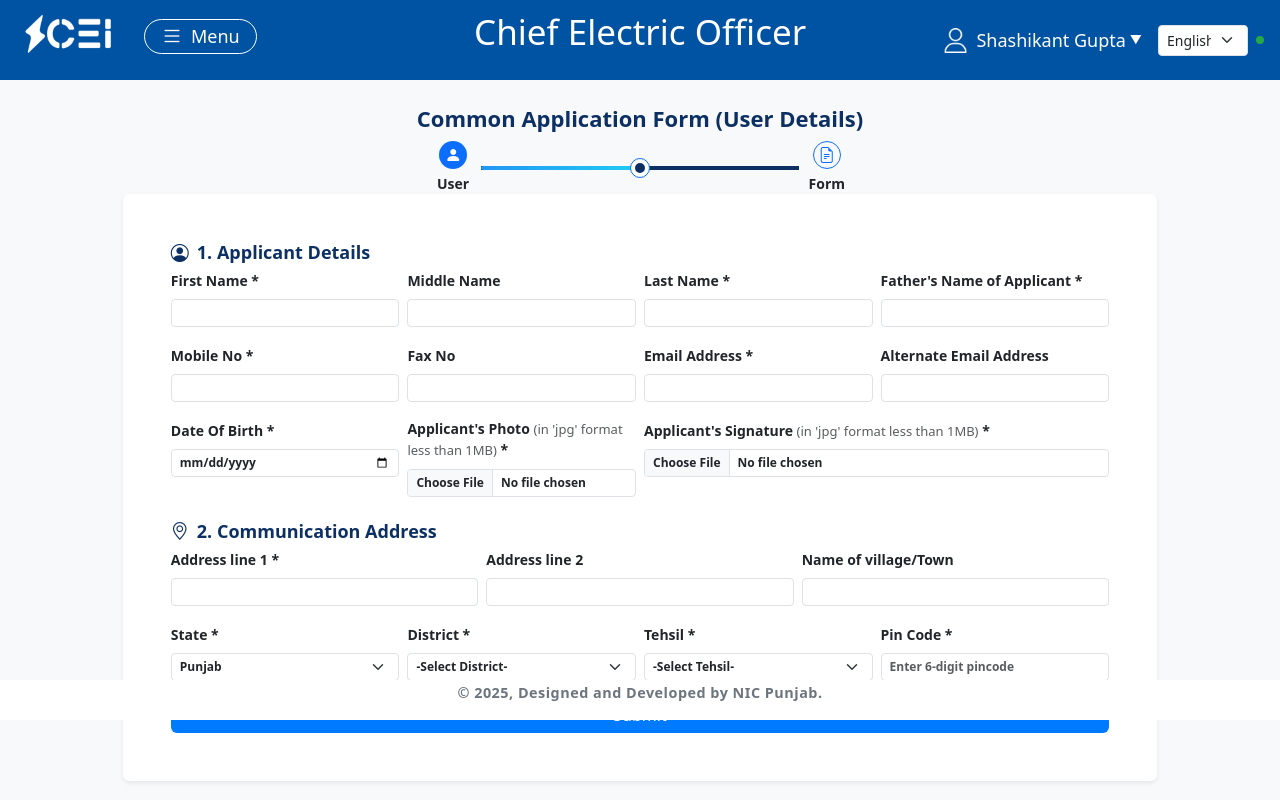
Repository: shashikantdev93-gif/CEI-sept
Page: /RegisterationForm
An editor plug-in stored every save of this project. The page is shown before and after the next save, followed by the edit.
The browser window is 1280 px wide. The pictures show the whole page.
The page's requests for data from a server got no answer. The project was rebuilt for these pictures with package versions that can differ from the ones it lists, and the page was loaded fresh each time. No one was signed in, and anything a server would have sent is missing. Also part of the build but not shown: vite.config.ts, src/styles/sidebar-zoom.css, src/components/PageComponent/Sidebar.tsx, src/components/PageComponent/Header2.tsx, src/components/PageComponent/PageHeader.tsx, src/components/Illustration/Illustration.tsx, src/components/CardContainer/CardContainer.tsx, src/hooks/useFormValidation.ts and 8 more. Imported but missing from the stored project, and not drawn on this page: src/components/ui.

Above is the page before, as saved 2025-07-28 08:54:23.

### src/index.css
:root {
  font-family: Inter, -apple-system, BlinkMacSystemFont, "Segoe UI", Roboto, "Helvetica Neue", Arial, sans-serif, "Apple Color Emoji", "Segoe UI Emoji", "Segoe UI Symbol";
  line-height: 1.5;
  font-weight: 400;

  color-scheme: light dark;
  color: rgba(255, 255, 255, 0.87);
  background-color: #242424;

  font-synthesis: none;
  text-rendering: optimizeLegibility;
  -webkit-font-smoothing: antialiased;
  -moz-osx-font-smoothing: grayscale;
}

a {
  font-weight: 500;
  color: #646cff;
  text-decoration: inherit;
}
a:hover {
  color: #535bf2;
}

/* Global Reset */
*, *::before, *::after {
  margin: 0;
  padding: 0;
  box-sizing: border-box;
}

html, body {
  margin: 0;
  padding: 0;
  width: 100%;
  height: 100%;
}

body {
  margin: 0;
  padding: 0;
}

h1 {
  font-size: 3.2em;
  line-height: 1.1;
}

button {
  border-radius: 8px;
  border: 1px solid transparent;
  padding: 0.6em 1.2em;
  font-size: 1em;
  font-weight: 500;
  font-family: inherit;
  background-color: #1a1a1a;
  cursor: pointer;
  transition: border-color 0.25s;
}
button:hover {
  border-color: #646cff;
}
button:focus,
button:focus-visible {
  outline: 4px auto -webkit-focus-ring-color;
}

@media (prefers-color-scheme: light) {
  :root {
    color: #213547;
    background-color: #ffffff;
  }
  a:hover {
    color: #747bff;
  }
  button {
    background-color: #f9f9f9;
  }
}

### src/App.tsx
import Router from "./router/router";
import './App.css'
import './styles/main.css'
import "bootstrap-icons/font/bootstrap-icons.css";

function App() {

  return <Router />;

}

export default App

### src/router/router.tsx

import { BrowserRouter as Router, Routes, Route } from "react-router-dom";
import BaseLayout from "../layouts/BaseLayout";
import Login from "../pages/login/login";
import Signup from "../pages/signup/signup";
import Register from "../pages/register/register";


const RouterPage = () => (
  <Router>
    <Routes>
      <Route path="/" element={<Login />} />
      <Route path="/login" element={<Login />} />
      <Route path="/signup" element={<Signup />} />
      <Route
        path="/RegisterationForm"
        element={
          <BaseLayout headerType="Header1">
            <Register />
          </BaseLayout>
        }
      />
    </Routes>
  </Router>
);

export default RouterPage;

### src/App.css
#root {
  margin: 0;
  padding: 0;
  width: 100%;
  height: 100%;
}

.logo {
  height: 6em;
  padding: 1.5em;
  will-change: filter;
  transition: filter 300ms;
}
.logo:hover {
  filter: drop-shadow(0 0 2em #646cffaa);
}
.logo.react:hover {
  filter: drop-shadow(0 0 2em #61dafbaa);
}

@keyframes logo-spin {
  from {
    transform: rotate(0deg);
  }
  to {
    transform: rotate(360deg);
  }
}

@media (prefers-reduced-motion: no-preference) {
  a:nth-of-type(2) .logo {
    animation: logo-spin infinite 20s linear;
  }
}

.card {
  padding: 2em;
}

.read-the-docs {
  color: #888;
}

### src/styles/main.css

/***************************/
  /***** Login Page *****/
/**************************/
.login-bg {
  background: linear-gradient(135deg, #f5f7fa 0%, #c3cfe2 100%);
  font-family: Inter, -apple-system, BlinkMacSystemFont, "Segoe UI", Roboto, "Helvetica Neue", Arial, sans-serif;
  width: 100vw;
  height: 100vh;
  margin: 0;
  padding: 2px;
}

.login-left {
  padding-left: 1.5rem !important;
  padding-right: 1.5rem !important;
  padding-top: .1rem !important;
  padding-bottom: .1rem !important;
}

.login-logo-box {
  height: 50px;
  margin-bottom: 30px;
  width: 110px;
  background-color: #0c3064;
  border-radius: 8px;
  display: flex;
  align-items: center;
}

.login-signup-link {
  text-decoration: none;
  font-size: 14px;
}

.login-divider {
  width: 1px;
  background: #e0e0e0;
  min-height: 5%;
  margin: 0 0px;
}

.login-right {
  background-color: #f8f9fa;
}


/******************************************/
/* Signup page logo box - desktop styles */
/*****************************************/

.signup-logo-box {
  height: 50px;
  margin-bottom: 30px;
  width: 75px;
  background-color: #0c3064;
  border-radius: 8px;
  display: flex;
  align-items: center;
}


.card-container {
  max-width: 1000px;
  min-width: 700px;
}

/*********************/
/* Registeration Page */
/*********************/
.registeration-bg {
  --bs-font-size-sm: 16px;
}

.registeration-bg .fw-semibold {
  font-weight: 700 !important;
}

.registeration-bg .small {
  font-size: 14px !important;
}

.registeration-bg .form-control,
.registeration-bg .form-select {
  font-size: 12px !important;
  font-weight: 700 !important;
}

.registeration-bg .text-muted {
  font-size: 13px !important;
  font-weight: 400 !important;
}

.registeration-bg h6 {
  font-size: 18px !important;
  font-weight: 700 !important;
}

.registeration-bg h4 {
  font-size: 22px !important;
  font-weight: 700 !important;
}

.registeration-logo-box {
  border-radius: 8px;
  display: flex;
  align-items: center;
  background-color: #0c3064;
  width:80px
}

@media (max-width: 575.98px) {

  .card-container {
    max-width: 100% !important;
    min-width: 100% !important;
    padding: 0.5rem !important;
  }


  .login-bg {
    padding: 8px !important;
  }


  .container .row .login-left,
  .container .row .col-md-7.login-left,
  div.row div.col-md-7 {
    padding: 0rem !important;
    max-width: 100% !important;
    flex: 0 0 100% !important;
    width: 100% !important;
    margin-left: 0 !important;
    margin-right: 0 !important;
    gap:15px;
  }


  .login-divider {
    display: none !important;
  }

  .container .row .login-right,
  .container .row .col-md-4.login-right,
  div.row div.col-md-4,
  .col-md-4.login-right {
    display: none !important;
    visibility: hidden !important;
    width: 0 !important;
    flex: 0 0 0% !important;
    max-width: 0 !important;
    overflow: hidden !important;
  }


  .login-logo-box {
    width: 100% !important;
    height: auto !important;
    margin-bottom: 20px !important;
    flex-direction: column !important;
    padding: 10px !important;
  }


  .login-logo-box .mb-4 {
    margin-bottom: 0 !important;
    flex-direction: column !important;
    align-items: center !important;
    text-align: center !important;
    gap: 20px !important;
  }


  .login-logo-box img {
    margin: 0 !important;
    margin-bottom: 8px !important;
  }


  .login-logo-box span {
    margin: 0 !important;
    text-align: center !important;
    font-size: 18px !important;
  }


  .login-logo-box div {
    flex-direction: column !important;
    align-items: center !important;
    text-align: center !important;
  }

  .login-logo-box div img {
    margin: 0 0 8px 0 !important;
  }

  .login-logo-box div span {
    margin: 0 !important;
    font-size: 20px !important;
    line-height: 1.2 !important;
    text-align: center !important;
    color: white !important;
  }


  .login-signup-link {
    font-size: 12px !important;
  }


  .card,
  .row {
    width: 100% !important;
    max-width: 100% !important;
  }

  [class*="col-md-4"] {
    display: none !important;
  }

  [class*="col-md-7"] {
    flex: 0 0 100% !important;
    max-width: 100% !important;
    width: 100% !important;
  }

  .signup-logo-box {
    width: 100% !important;
    height: 100px !important;
    margin-bottom: 20px !important;
    flex-direction: column !important;
    padding: 10px !important;
    margin-top: 10px;
  }

  .signup-logo-box .mb-4 {
    margin-bottom: 0 !important;
    flex-direction: column !important;
    align-items: center !important;
    text-align: center !important;
    gap: 20px !important;
  }

  .signup-logo-box img {
    margin: 0 !important;
    margin-bottom: 8px !important;
  }

  .signup-logo-box span {
    margin: 0 !important;
    text-align: center !important;
    font-size: 18px !important;
  }

  .signup-logo-box div {
    flex-direction: column !important;
    align-items: center !important;
    text-align: center !important;
  }

  .signup-logo-box div img {
    margin: 0 0 8px 0 !important;
  }

  .signup-logo-box div span {
    margin: 0 !important;
    font-size: 20px !important;
    line-height: 1.2 !important;
    text-align: center !important;
    color: white !important;
  }
}

@media (min-width: 576px) and (max-width: 768px) {
  .card-container {
    max-width: 90% !important;
    min-width: 600px;
  }

  .login-bg {
    padding: 4px;
  }

  .login-left {
    padding: 1.25rem !important;
    max-width: 65% !important;
    flex: 0 0 65% !important;
  }

  .login-logo-box {
    width: 70px;
    height: 45px;
    margin-bottom: 25px;
  }

  .login-right {
    max-width: 35% !important;
    flex: 0 0 35% !important;
  }
}

html, body {
  margin: 0;
  padding: 0;
  box-sizing: border-box;
}

*, *::before, *::after {
  box-sizing: border-box;
}

### src/layouts/BaseLayout.tsx
import React from 'react';
import Header1 from '../components/PageComponent/Header1';
import Header2 from '../components/PageComponent/Header2';

type HeaderType = 'Header1' | 'Header2' | 'none';

interface BaseLayoutProps {
  headerType?: HeaderType;
  children: React.ReactNode;
}

const BaseLayout: React.FC<BaseLayoutProps> = ({ headerType = 'Header1', children }) => {
  const headers: Record<Exclude<HeaderType, 'none'>, React.ReactElement> = {
    Header1: <Header1 />,
    Header2: <Header2 />,
  };

  return (
    <>
      {headerType !== 'none' && headers[headerType]}
      <main>{children}</main>
    </>
  );
};

export default BaseLayout;

### src/components/Logo/Logo.tsx
import React from "react";

interface LogoProps {
  title?: string;
  subtitle?: string;
  titleColor?: string;
}

const Logo: React.FC<LogoProps & { subtitleColor?: string }> = ({
  title = "Chief Electric ",
  subtitle = "Inspector",
  titleColor = "#0c3064",
  subtitleColor = "#0c3064",
}) => {
  return (
    <div className="mb-4 d-flex align-items-center">
      <img
        src="/assets/images/cei_logo.jpg"
        alt="Logo"
        style={{ height: "40px", width: "90px", marginTop: "20px", marginLeft: "8px" }}
      />
      <span className="fw-bold" style={{ fontSize: "27px", height: "30px", marginTop: "10px", marginLeft: "25px", color: titleColor, whiteSpace: "nowrap" }}>
        {title} <span style={{ color: subtitleColor }}>{subtitle}</span>
      </span>
    </div>
  );
};

export default Logo;

### src/components/Footer/Footer.tsx
import React from "react";

interface FooterProps {
  text?: string;
}

const Footer: React.FC<FooterProps> = ({
  text = "© 2025, Designed and Developed by NIC Punjab."
}) => {
  return (
    <div className="position-fixed bottom-0 w-100 text-center pb-3 bg-white" style={{ left: 0 }}>
      <span style={{ fontSize: '.9em', fontWeight: 800, color: '#6c757d', letterSpacing: '0.5px' }}>
        {text}
      </span>
    </div>
  );
};

export default Footer;

### src/utils/index.ts
export { default as authService } from './authService';
export * from './validators';
export * from './navigation';

### src/lib/index.ts
export { default as encryptionService } from './encryptionService';
export { default as API_CONFIG } from './config';

### src/utils/validators.ts

export interface ValidationResult {
  isValid: boolean;
  error?: string;
}

export class FormValidators {

  static required(value: string): ValidationResult {
    if (!value || value.trim().length === 0) {
      return {
        isValid: false,
        error: 'This field is required',
      };
    }
    return { isValid: true };
  }

static minLength(value: string, min: number): ValidationResult {
    if (value.length < min) {
      return {
        isValid: false,
        error: `Minimum length is ${min} characters`,
      };
    }
    return { isValid: true };
  }

static maxLength(value: string, max: number): ValidationResult {
    if (value.length > max) {
      return {
        isValid: false,
        error: `Maximum length is ${max} characters`,
      };
    }
    return { isValid: true };
  }

static email(value: string): ValidationResult {
    const emailRegex = /^[^\s@]+@[^\s@]+\.[^\s@]+$/;
    if (!emailRegex.test(value)) {
      return {
        isValid: false,
        error: 'Please enter a valid email address',
      };
    }
    return { isValid: true };
  }

static noSpaces(value: string): ValidationResult {
    const hasSpace = /\s/.test(value);
    if (hasSpace) {
      return {
        isValid: false,
        error: 'Spaces are not allowed',
      };
    }
    return { isValid: true };
  }

static username(value: string): ValidationResult {
    const requiredCheck = this.required(value);
    if (!requiredCheck.isValid) return requiredCheck;

    const minLengthCheck = this.minLength(value, 3);
    if (!minLengthCheck.isValid) return minLengthCheck;

    return { isValid: true };
  }

static password(value: string): ValidationResult {
    const requiredCheck = this.required(value);
    if (!requiredCheck.isValid) return requiredCheck;

    const minLengthCheck = this.minLength(value, 6);
    if (!minLengthCheck.isValid) return minLengthCheck;

    return { isValid: true };
  }

static captcha(value: string): ValidationResult {
    const requiredCheck = this.required(value);
    if (!requiredCheck.isValid) return requiredCheck;

    const lengthCheck = this.minLength(value, 4);
    if (!lengthCheck.isValid) return lengthCheck;

    const maxLengthCheck = this.maxLength(value, 4);
    if (!maxLengthCheck.isValid) return maxLengthCheck;

    return { isValid: true };
  }
}

### src/utils/navigation.ts

import type{ RoleName } from '../types';
import toast from 'react-hot-toast';

export class NavigationService {

  static getDashboardRoute(roleName: RoleName): string {
    let route: string;

    switch (roleName) {
      case 'CONS':
        route = '/dashboard';
        break;
      case 'XEN':
      case 'SUPP':
      case 'SDO':
      case 'CEI':
      case 'SUPT':
      case 'NDOF':
      case 'CLRK':
        route = '/dashboard/officer-dashboard';
        break;
      case 'ADMN':
        route = '/dashboard/admin-dashboard';
        break;
      case 'LICS':
        route = '/dashboard/license-dashboard';
        break;
      default:
        route = '/dashboard';
        break;
    }

    return route;
  }

static checkUserProfileStatus(userProfileId: string, projectSiteId: string, roleName: RoleName): string | null {
    console.log('NavigationService.checkUserProfileStatus called with:');
    console.log('  - userProfileId:', userProfileId, 'type:', typeof userProfileId);
    console.log('  - projectSiteId:', projectSiteId, 'type:', typeof projectSiteId);
    console.log('  - roleName:', roleName);

    // Only redirect to registration form if userProfileId is "0"
    if (userProfileId === "0") {
      const route = '/CommonApplicationFormUserDetails';
      console.log('NavigationService - userProfileId is "0", returning registration route:', route);
      return route;
    }

    if (userProfileId !== "0" && projectSiteId === "0") {
      const route = '/CommonApplicationFormEstablished';
      console.log('NavigationService - userProfileId filled but projectSiteId is "0", returning established form route:', route);
      return route;
    }

    // For all other cases, return null to allow normal navigation
    console.log('NavigationService - userProfileId is not "0", allowing normal navigation');
    return null;
  }
}
export class ToastService {
  static success(message: string): void {
    toast.success(message, {
      duration: 3000,
      position: 'top-right',
    });
  }

  static error(message: string): void {
    toast.error(message, {
      duration: 4000,
      position: 'top-right',
    });
  }

  static warning(message: string): void {
    toast(message, {
      icon: '⚠️',
      duration: 3000,
      position: 'top-right',
    });
  }

  static info(message: string): void {
    toast(message, {
      icon: 'ℹ️',
      duration: 3000,
      position: 'top-right',
    });
  }
}

### src/lib/encryptionService.ts
import * as forge from 'node-forge';
import * as CryptoJS from 'crypto-js';

class EncryptionService {
  private publicKeyPem: string;
  private ki: string;
  private iv: string;

  constructor() {
    this.publicKeyPem = `-----BEGIN PUBLIC KEY-----
MIIBIjANBgkqhkiG9w0BAQEFAAOCAQ8AMIIBCgKCAQEAwjsOR/w7ExDCRyZyrGVW
xkiJDBaIoNHYABOnpctmmcKA+G0oEWsBhOsmI98Tsx6w47Bwokc43aulzyw2phiV
h0+lU+kno9mnrxzfRCJWwknK7tfkY2ZfkizyLJZQljqX4o7r14y5BAEMgUWiN3Xt
Vrs0fgyw954To+G/803gsaaodbr4CVUDOaLnWAn3mjSKLfU3cK9Bug59AObhcwsM
lVKA72JF2wC4IERMGgCbRjgISSjpLmaEmF8IOLfFneQY+8QDlu80ob7mA/JV74dD
vr7UlGZ+bwKx6rz7Mg7nWRUvgR5RKsZh/muyeVi4pBwuAlehblQ9FnjR6YM/4eB1
+QIDAQAB
-----END PUBLIC KEY-----`;

    this.ki = 'ruX(aPP4X1sL9LnvA2M^a$K17mKZS6LC';
    this.iv = 'VcHa4Mn*gUvDujnN';
  }

setForm(data: string): { encryptedData1: string, encryptedData2: string, encryptedData3: string } {
    const aesKey = forge.random.getBytesSync(32);
    const iv = forge.random.getBytesSync(16);
    const cipher = forge.cipher.createCipher('AES-CBC', aesKey);
    cipher.start({ iv: iv });
    cipher.update(forge.util.createBuffer(data, 'utf8'));
    cipher.finish();
    const encryptedData1 = forge.util.encode64(cipher.output.getBytes());
    const rsa = forge.pki.publicKeyFromPem(this.publicKeyPem);
    const encryptedData2 = forge.util.encode64(rsa.encrypt(aesKey, 'RSA-OAEP', { md: forge.md.sha256.create() }));
    const encryptedData3 = forge.util.encode64(iv);
    const result = { encryptedData1, encryptedData2, encryptedData3 };
    return result;
  }

set(value: string): string {
    const key = CryptoJS.enc.Utf8.parse(this.ki);
    const iv = CryptoJS.enc.Utf8.parse(this.iv);
    const encrypted = CryptoJS.AES.encrypt(
      CryptoJS.enc.Utf8.parse(value.toString()),
      key,
      {
        keySize: 128 / 8,
        iv: iv,
        mode: CryptoJS.mode.CBC,
        padding: CryptoJS.pad.Pkcs7,
      }
    );

    const result = encrypted.toString();
    return result;
  }

get(value: string): string {
    const key = CryptoJS.enc.Utf8.parse(this.ki);
    const iv = CryptoJS.enc.Utf8.parse(this.iv);
    const decrypted = CryptoJS.AES.decrypt(value, key, {
      keySize: 128 / 8,
      iv: iv,
      mode: CryptoJS.mode.CBC,
      padding: CryptoJS.pad.Pkcs7,
    });

    const result = decrypted.toString(CryptoJS.enc.Utf8);
    return result;
  }

decrypt(value: string): string {
    return this.get(value);
  }

encrypt(value: string): string {
    return this.set(value);
  }

debugEncryption = (value: string) => {
const encrypted = this.set(value);
console.log('🔐 [ENCRYPTION-DEBUG] Input:', value);
console.log('🔐 [ENCRYPTION-DEBUG] Output:', encrypted);
console.log('🔐 [ENCRYPTION-DEBUG] Output length:', encrypted.length);
console.log('🔐 [ENCRYPTION-DEBUG] Contains Base64 chars:', /[+/=]/.test(encrypted));
return encrypted;
};

}


const encryptionService = new EncryptionService();

export default encryptionService;

### src/lib/config.ts

const API_CONFIG = {
  BASE_URL: import.meta.env.VITE_API_URL || 'http://localhost:5143/api',

  ENDPOINTS: {
    AUTH: {
      LOGIN: '/Auth/Login',
      CAPTCHA: '/Auth/GetCaptchaImage',
      LOGOUT: '/Auth/Logout',
      REFRESH_TOKEN: '/Auth/RefreshToken',
    },
    USER: {
      PROFILE: '/User/Profile',
      UPDATE_PROFILE: '/User/UpdateProfile',
    },
  },

  TIMEOUT: 30000,

  DEFAULT_HEADERS: {
    'Content-Type': 'application/json',
    'Accept': 'application/json',
  },
};

export default API_CONFIG;

Loaded but not shown: index.html (common file); src/main.tsx (common file); src/pages/register/register.tsx (298 lines, source omitted); src/lib/interceptor.ts (340 lines, source omitted); src/hooks/useAuth.ts (214 lines, source omitted); src/utils/authService.ts (191 lines, source omitted); src/components/PageComponent/Header1.tsx (133 lines, source omitted)

After the next save:
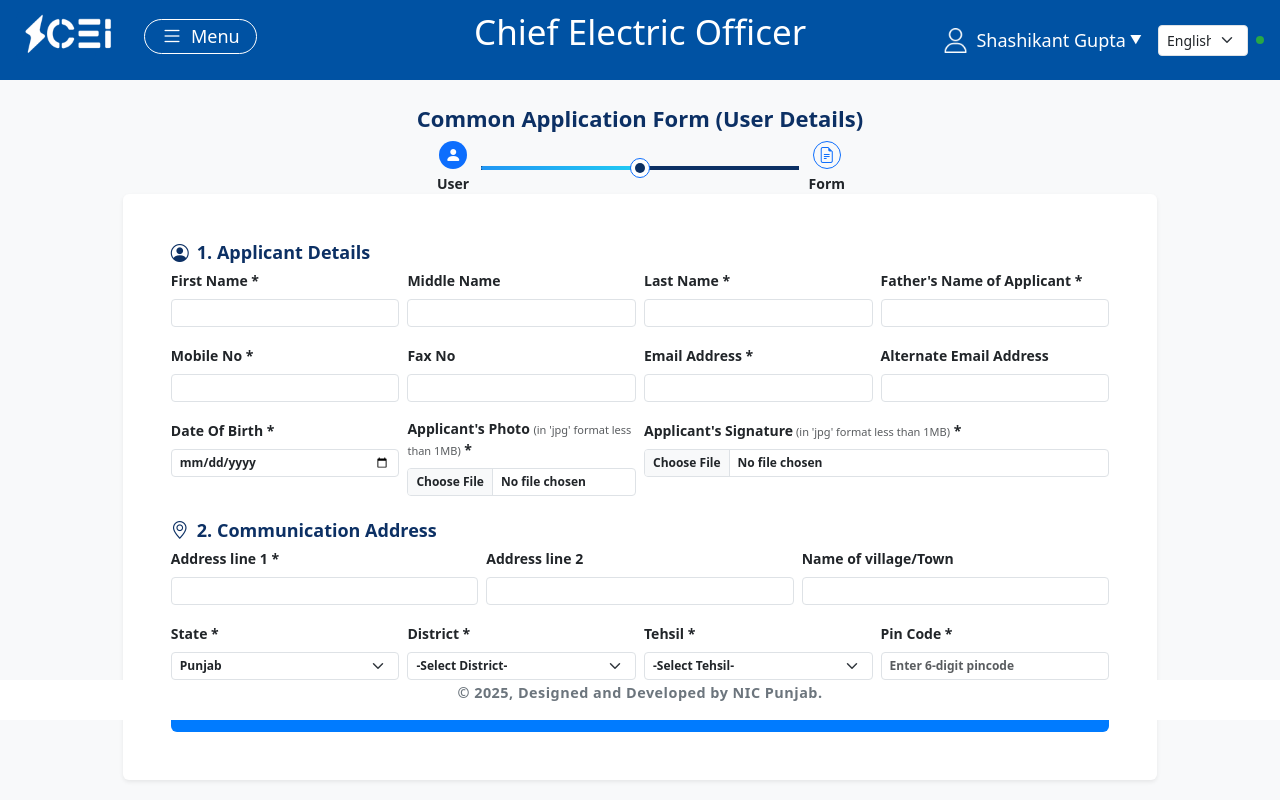
Saved 96 s later.
--- a/src/styles/main.css
+++ b/src/styles/main.css
@@ -87,7 +87,7 @@
 }
 
 .registeration-bg .text-muted {
-  font-size: 13px !important;
+  font-size: 11px !important;
   font-weight: 400 !important;
 }
 
